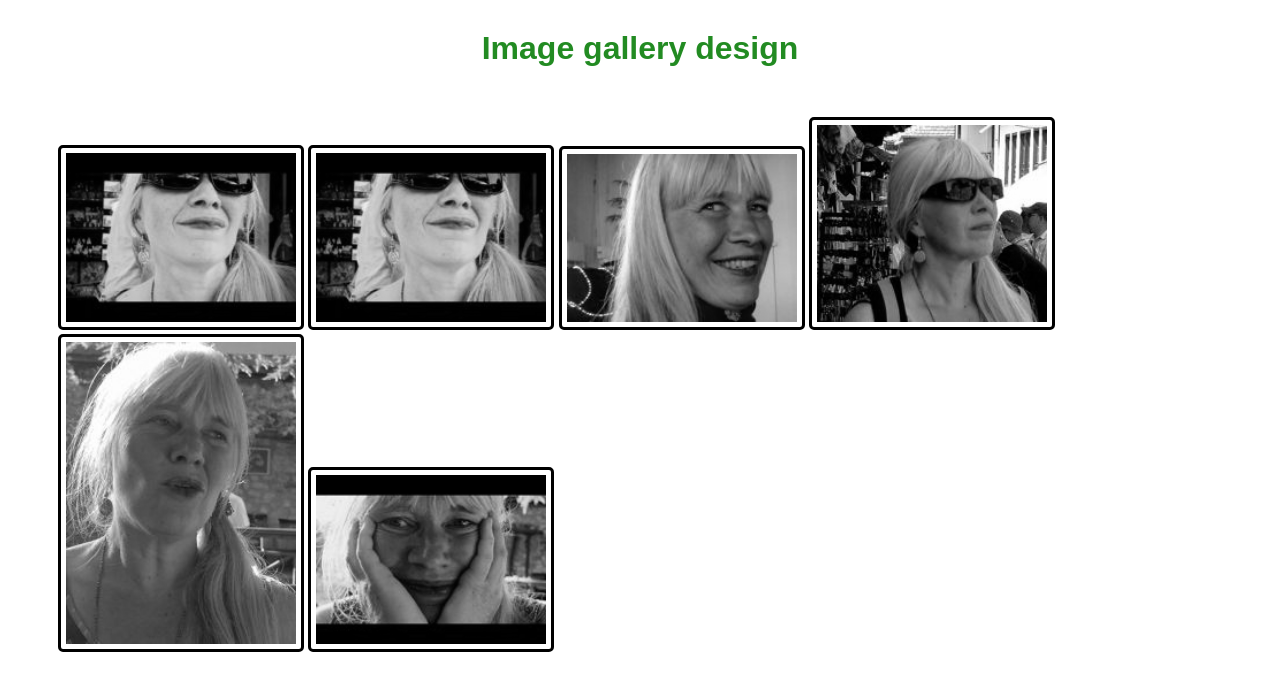
Repository: hindrik40/bildspel-lightbox
Page: index.html
These files come from the project's save history. The page is drawn as it stood at one moment and after a run of saves; the edit follows.
The browser window is 1280 px wide. The pictures show the whole page.

Above is the page before, as saved 2021-08-08 16:57:22.

After the next 3 saves:
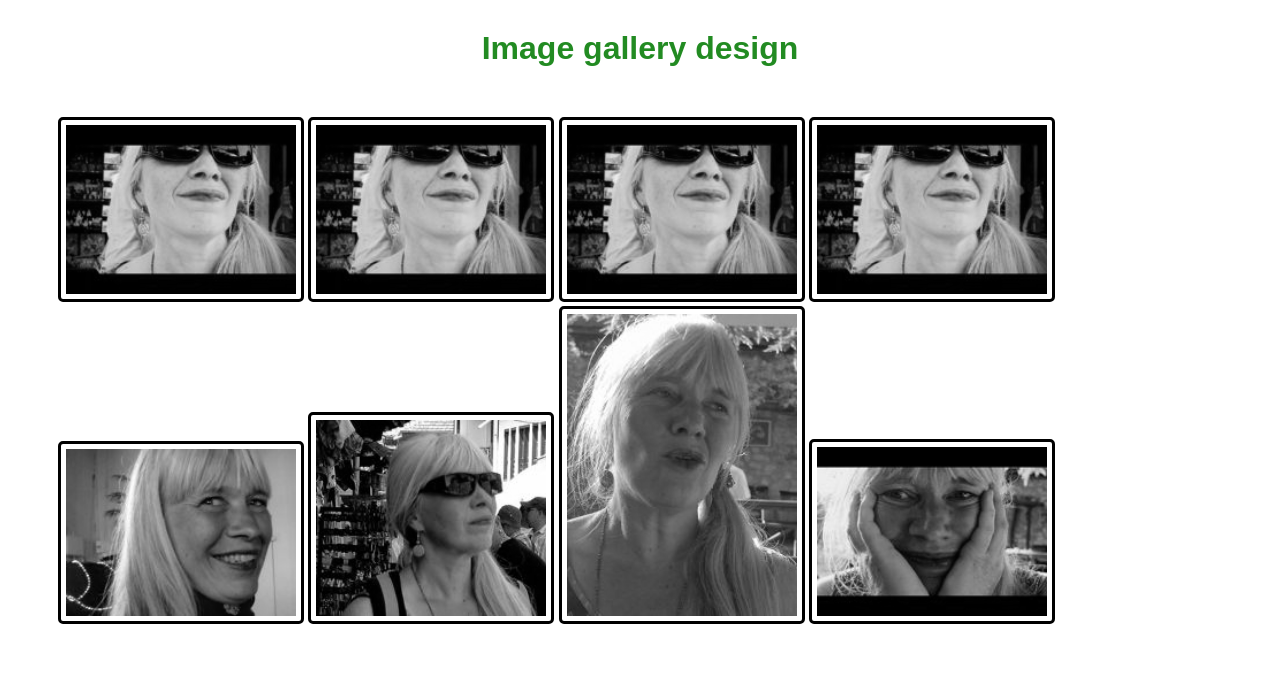
The 3 saves are shown as one change because they came seconds apart.
The last was saved 8 s later.
--- a/index.html
+++ b/index.html
@@ -12,6 +12,10 @@
     <div class="gallery">
         <a href="images/b7.jpg"></a><img src="images/b7t.jpg">
         <a href="images/b7.jpg"></a><img src="images/b7t.jpg">
+        <a href="images/b7.jpg"></a><img src="images/b7t.jpg">
+        <a href="images/b7.jpg"></a><img src="images/b7t.jpg">
+
+
 
         <img src="images/b5t.jpg">
         <img src="images/b6t.jpg">
